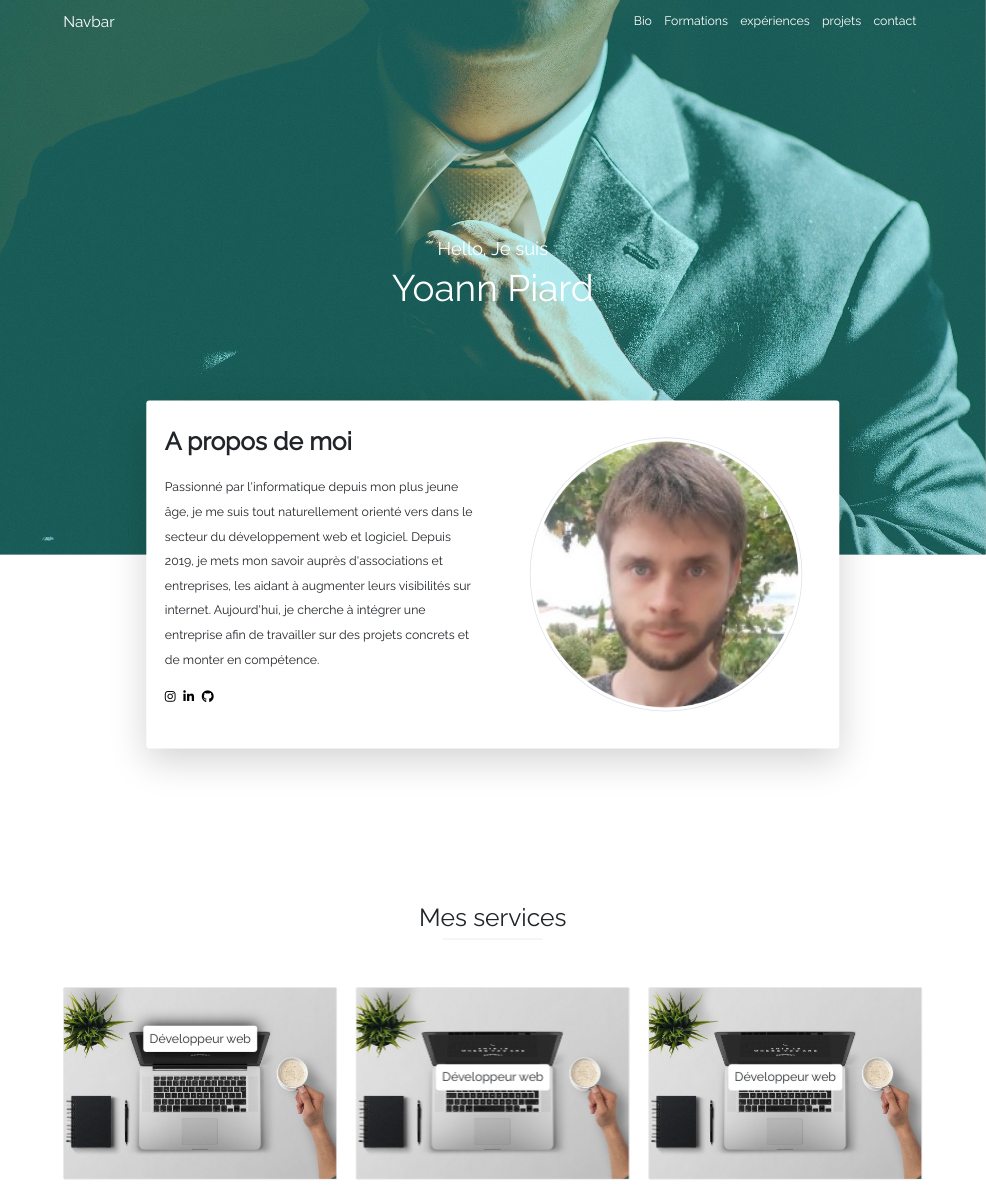
Repository: ypiard85/port-folio-bootstrap-yoann-2021
Page: index.html
The author's editor kept a copy of each file at every save. The page is drawn from the files as they stood at one save, then again after the next save.
The browser window is 1280 px wide. The pictures show the whole page, at 77% of full size.
The pointer rests on the first visible `.card__face--front`.

Above is the page before, as saved 2021-03-09 17:14:08.
Console error: TypeError: window.onload is not a function

After the next save:
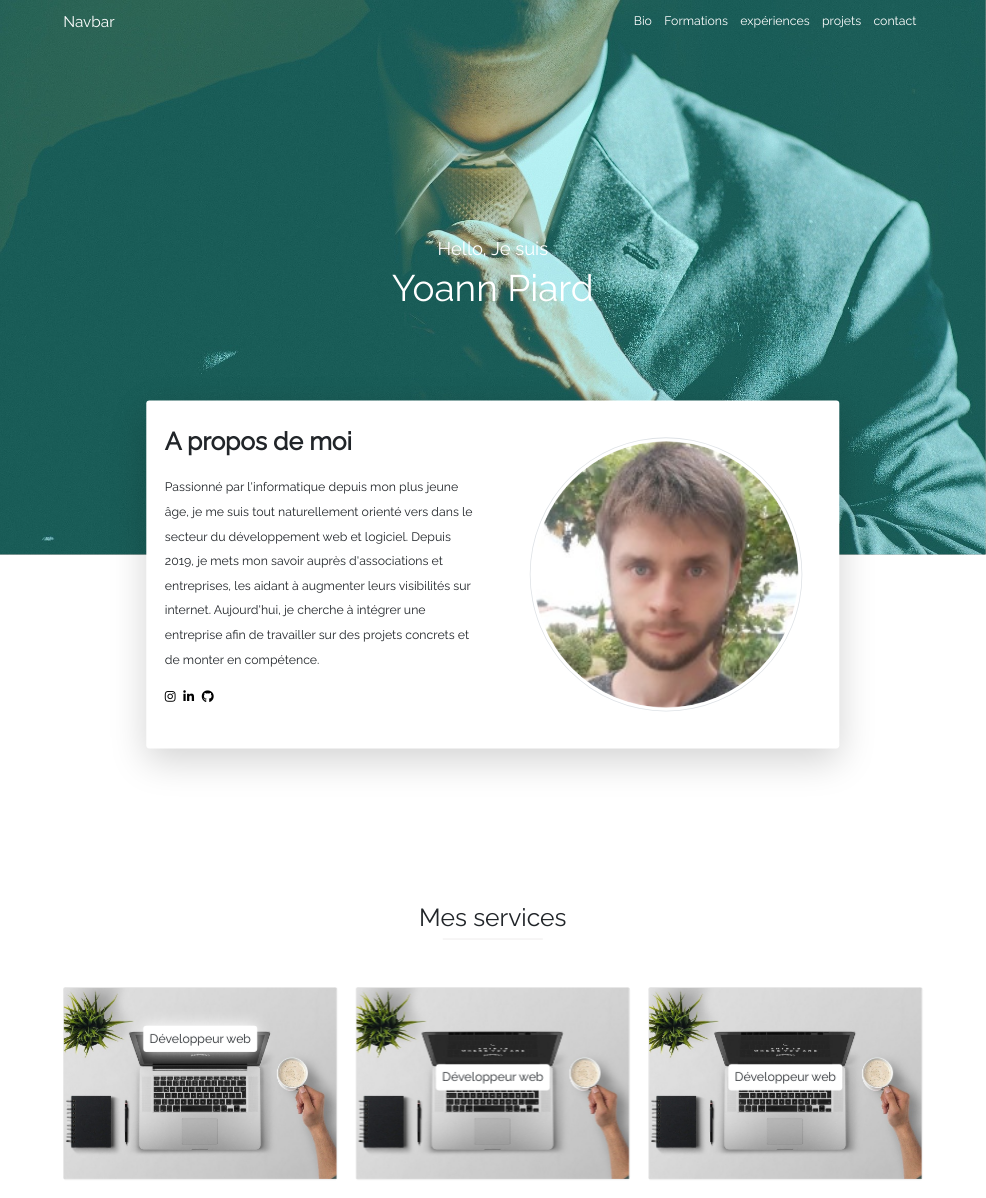
Saved 17 s later.
--- a/resource/style.css
+++ b/resource/style.css
@@ -136,7 +136,7 @@ header h1{
 
   .card__face--front:hover .flipped-p{
     transform: translateY(-50px);
-    box-shadow: 0 0 20px black;
+    box-shadow: 0 0 20px white;
     transition: transform 1s;
     transform-style: preserve-3d;
   }
